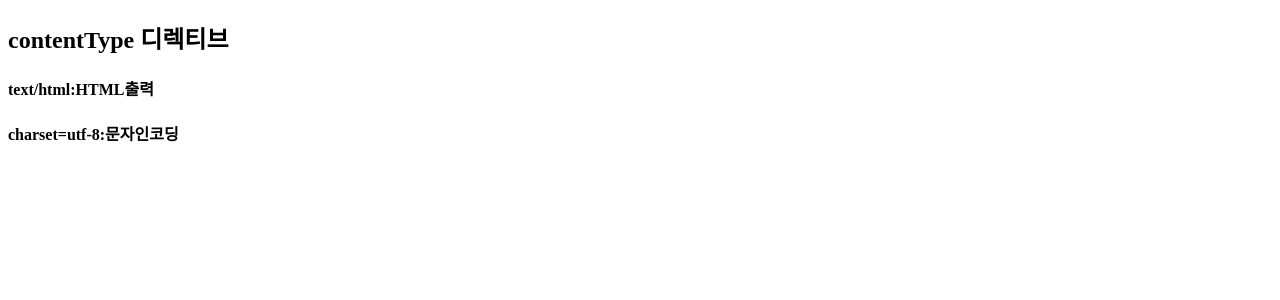
Repository: potatoy1/learning-jsp
Page: http://localhost/JSPBook/ch03/page_contentType02.jsp
The author's editor kept a copy of each file at every save. The page is drawn from the files as they stood at one save, then again after a run of saves.
The browser window is 1280 px wide. The pictures show the whole page.
The page is served by Tomcat 9. Other server files are loaded and not shown.

Above is the page before, as saved 2022-09-27 05:58:32.

### JSPBook/WebContent/ch03/page_contentType02.jsp
<%@ page contentType="text/html; charset=UTF-8"%>
<!DOCTYPE html>
<html>
<head>
<title>Directives Tag</title>
</head>
<body>
	<h2>contentType 디렉티브</h2>
	<h4>text/html:HTML출력</h4>
	<h4>charset=utf-8:문자인코딩</h4>
</body>
</html>

After the next 2 saves:
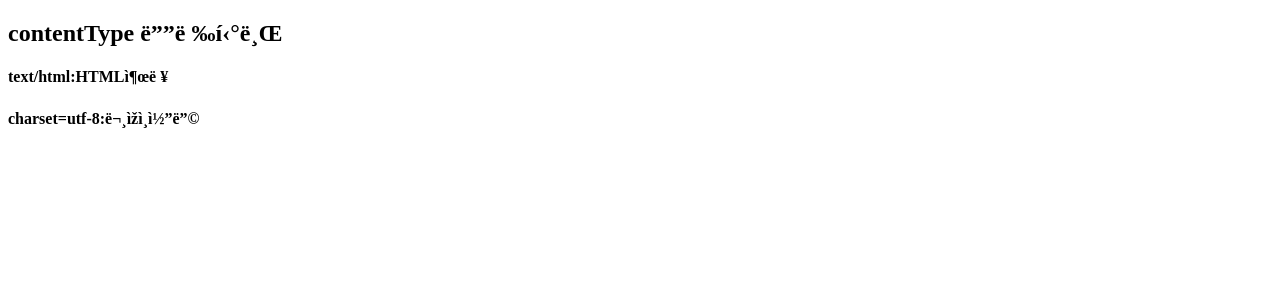
The 2 saves are shown as one change because 1 did not build or start.
The last was saved 13 s later.
--- a/JSPBook/WebContent/ch03/page_contentType02.jsp
+++ b/JSPBook/WebContent/ch03/page_contentType02.jsp
@@ -1,4 +1,4 @@
-<%@ page contentType="text/html; charset=UTF-8"%>
+<%@ page contentType="text/html"%>
 <!DOCTYPE html>
 <html>
 <head>
